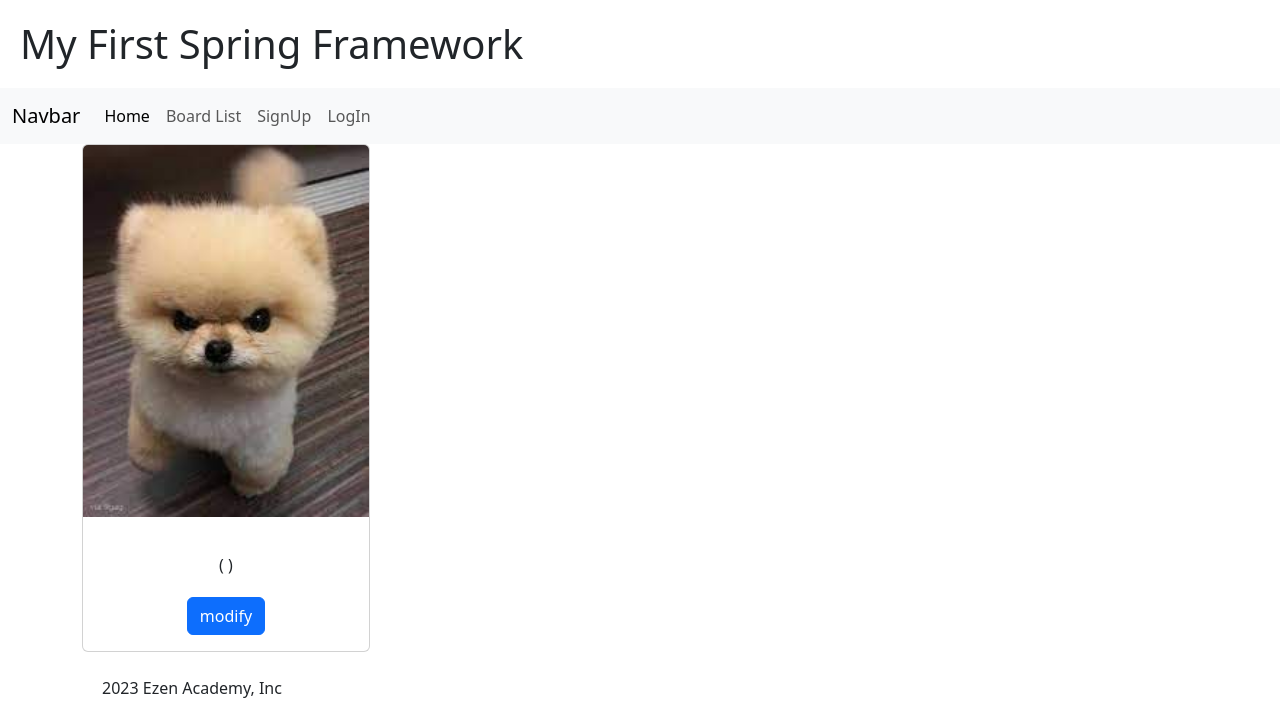
Repository: dhalfks/231101_springSecurity
Page: http://localhost/springProject/WEB-INF/views/member/modify.jsp
The author's editor kept a copy of each file at every save. The page is drawn from the files as they stood at one save, then again after the next save.
The browser window is 1280 px wide. The pictures show the whole page.
The page is served by Tomcat 9. Nobody is signed in. Other server files are loaded and not shown. The template is opened directly, without the code that normally fills it, so the values that code supplies are empty.

Above is the page before, as saved 2023-10-31 07:40:59.
Console error: TypeError: Cannot read properties of null (reading 'addEventListener')

### _springTest2/springProject/src/main/webapp/WEB-INF/views/member/modify.jsp
<%@ page language="java" contentType="text/html; charset=UTF-8"
    pageEncoding="UTF-8"%>
    <%@ taglib prefix="c" uri="http://java.sun.com/jsp/jstl/core" %>
<!DOCTYPE html>
<html>
<head>
<meta charset="UTF-8">
<title>Insert title here</title>
</head>
<body>
<jsp:include page="../common/header.jsp" />
<jsp:include page="../common/nav.jsp" />

<div class="container text-center">
<div class="row">

<div class="col">
	<div class="card" style="width: 18rem;">
	  <img src="/resources/image/dog1.jpg" class="card-img-top" alt="...">
	  <div class="card-body">
	    <h5 class="card-title">${mvo.nickName }</h5>
	    <p class="card-text">${mvo.email } </p>
		   <p>( <c:forEach items="${mvo.authList }" var="authList">
		     ${authList.auth }
		    </c:forEach> )</p>
	    <a href="" class="btn btn-primary" id="modBtn">modify</a>
	  </div>
	</div>
</div>

</div>
</div>
<jsp:include page="../common/footer.jsp" />
</body>
</html>

### _springTest2/springProject/src/main/webapp/WEB-INF/views/common/header.jsp
<%@ page language="java" contentType="text/html; charset=UTF-8"
    pageEncoding="UTF-8"%>
    <%@ taglib uri="http://java.sun.com/jsp/jstl/core" prefix="c"%>
<!DOCTYPE html>
<html>
<head>
<meta charset="UTF-8">
<title>Insert title here</title>
<link href="https://cdn.jsdelivr.net/npm/bootstrap@5.3.1/dist/css/bootstrap.min.css" rel="stylesheet" integrity="sha384-4bw+/aepP/YC94hEpVNVgiZdgIC5+VKNBQNGCHeKRQN+PtmoHDEXuppvnDJzQIu9" crossorigin="anonymous">
<script src="https://cdn.jsdelivr.net/npm/bootstrap@5.3.1/dist/js/bootstrap.bundle.min.js" integrity="sha384-HwwvtgBNo3bZJJLYd8oVXjrBZt8cqVSpeBNS5n7C8IVInixGAoxmnlMuBnhbgrkm" crossorigin="anonymous"></script>
<style type="text/css">
h1, p, h3, form{
margin: 20px;
}
</style>
</head>

<body>
<h1>My First Spring Framework</h1>

</body>
</html>

### _springTest2/springProject/src/main/webapp/WEB-INF/views/common/nav.jsp
<%@ page language="java" contentType="text/html; charset=UTF-8"
    pageEncoding="UTF-8"%>
<%@ taglib uri="http://java.sun.com/jsp/jstl/core" prefix="c"%>
<%@ taglib uri="http://www.springframework.org/security/tags" prefix="sec" %>
<!DOCTYPE html>
<html>
<head>
<meta charset="UTF-8">
<title>Insert title here</title>
</head>
<body>
<header>
	<nav class="navbar navbar-expand-lg bg-body-tertiary">
  <div class="container-fluid">
    <a class="navbar-brand" href="/">Navbar</a>
    <button class="navbar-toggler" type="button" data-bs-toggle="collapse" data-bs-target="#navbarSupportedContent" aria-controls="navbarSupportedContent" aria-expanded="false" aria-label="Toggle navigation">
      <span class="navbar-toggler-icon"></span>
    </button>
    <div class="collapse navbar-collapse" id="navbarSupportedContent">
      <ul class="navbar-nav me-auto mb-2 mb-lg-0">
        <li class="nav-item">
          <a class="nav-link active" aria-current="page" href="/">Home</a>
        </li>
        <li class="nav-item">
          <a class="nav-link" href="/board/list">Board List</a>
        </li>
        <!-- 현재 인증한 사용자의 정보를 가져와서 해당 권한이 있는 케이스를 open -->
        <!-- 사용자 정보는 principal -->
        <!-- admin 계정만 할 수 있는 일을 처리 -->
        <!-- anyMatch() : stream 매칭메서드 (최소한 한개의 요소가 주어진 조건에 맞는지 조사) -->

        <sec:authorize access="isAuthenticated()">

        <sec:authentication property="principal.mvo.email" var="authEmail"/>
        <sec:authentication property="principal.mvo.nickName" var="authNick"/>
        <sec:authentication property="principal.mvo.authList" var="auths"/>

        <c:choose>
        	<c:when test="${auths.stream().anyMatch(authVO -> authVO.auth.equals('ROLE_ADMIN')).get()}">
	        	<li class="nav-item">
	        		<a class="nav-link" href="/member/list">${authNick }(${authEmail }/ADMIN)</a>
	        	</li>
        	</c:when>
        	<c:otherwise>
        		<li class="nav-item">
	        		<a class="nav-link" href="/member/modify?email=${authEmail }">${authNick }(${authEmail })</a>
	        	</li>
        	</c:otherwise>
        </c:choose>

		<li class="nav-item">
		    <a class="nav-link" href="/board/register">Board Reg</a>
		</li>
        <!-- 로그인 해야 open 되는 메뉴들... -->
        <li class="nav-item">
	        <a class="nav-link" href="" id="logoutLink">LogOut</a>
         </li>
	        <form action="/member/logout" method="post" id="logoutForm">
	        	<input type="hidden" name="email" value="${authEmail }">

	        </form>
        </sec:authorize>
        <!-- 아직 로그인 전 상태에서 open 되어야 할 메뉴 -->
        <sec:authorize access="isAnonymous()">
	        <li class="nav-item">
	          <a class="nav-link" href="/member/register">SignUp</a>
	        </li>
	        <li class="nav-item">
	          <a class="nav-link" href="/member/login">LogIn</a>
	        </li>
        </sec:authorize>
      </ul>

    </div>
  </div>
</nav>
</header>
<script type="text/javascript">
document.getElementById('logoutLink').addEventListener('click',(e)=>{
	e.preventDefault();
	document.getElementById('logoutForm').submit();
});
</script>
</body>
</html>

### _springTest2/springProject/src/main/webapp/WEB-INF/views/common/footer.jsp
<%@ page language="java" contentType="text/html; charset=UTF-8"
    pageEncoding="UTF-8"%>
    <%@ taglib uri="http://java.sun.com/jsp/jstl/core" prefix="c"%>
<!DOCTYPE html>
<html>
<head>
<meta charset="UTF-8">
<title>Insert title here</title>
</head>
<body>
<div class="container my-4">
	<p>2023 Ezen Academy, Inc</p>
</div>
</body>
</html>

After the next save:
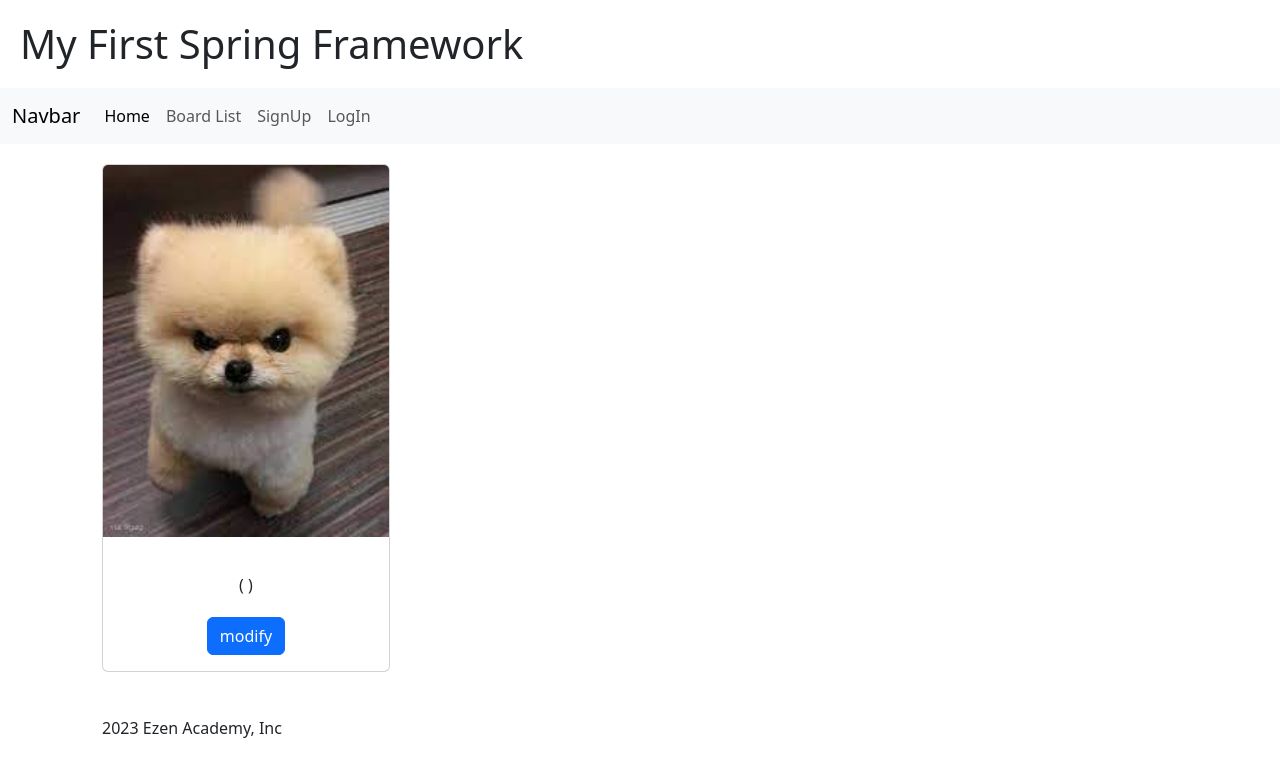
Saved 33 s later.
--- a/_springTest2/springProject/src/main/webapp/WEB-INF/views/member/modify.jsp
+++ b/_springTest2/springProject/src/main/webapp/WEB-INF/views/member/modify.jsp
@@ -15,6 +15,7 @@
 <div class="row">
 
 <div class="col">
+<form action="/member/modify" method="post">
 	<div class="card" style="width: 18rem;">
 	  <img src="/resources/image/dog1.jpg" class="card-img-top" alt="...">
 	  <div class="card-body">
@@ -26,6 +27,7 @@
 	    <a href="" class="btn btn-primary" id="modBtn">modify</a>
 	  </div>
 	</div>
+</form>
 </div>
 
 </div>
